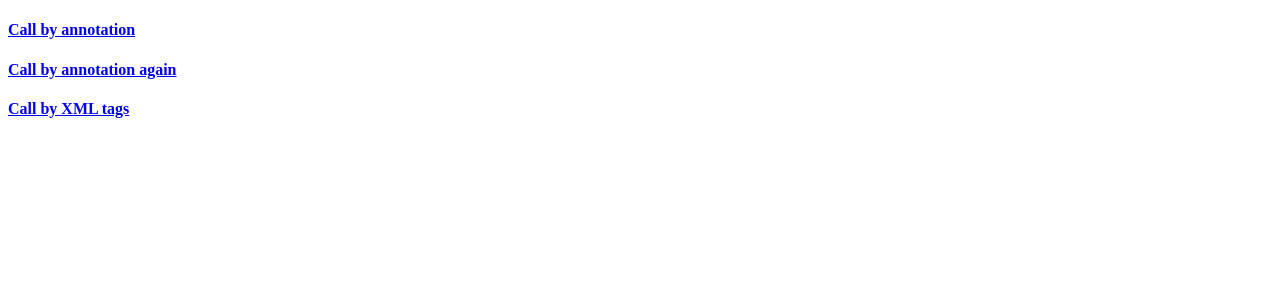
Repository: luvsharma3226/Projects
Page: SpringBoot/javaee/lab1.1/src/main/webapp/index.html
An editor plug-in stored every save of this project. The page is shown before and after the next save, followed by the edit.
The browser window is 1280 px wide. The pictures show the whole page.

Above is the page before, as saved 2022-03-31 05:39:06.

After the next save:
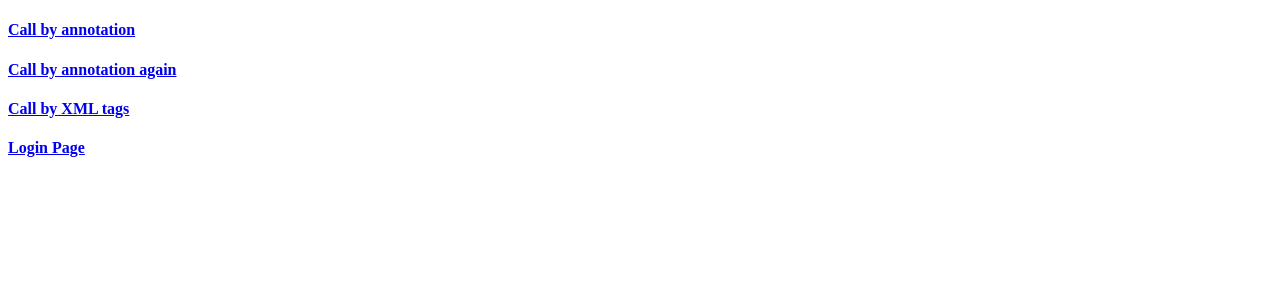
Saved 68 s later.
--- a/SpringBoot/javaee/lab1.1/src/main/webapp/index.html
+++ b/SpringBoot/javaee/lab1.1/src/main/webapp/index.html
@@ -16,5 +16,9 @@
 		<h4>
 		<a href="test3">Call by XML tags</a>
 		</h4>
+
+		<h4>
+		<a href="login.html">Login Page </a>
+		</h4>
 </body>
 </html>
